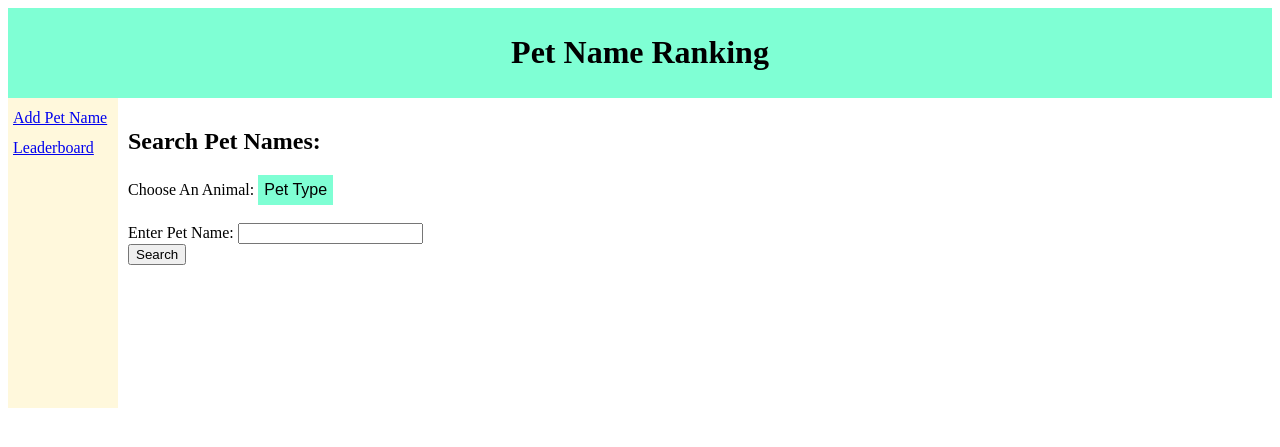
Repository: mutterbucket/TriplettTermProject4830
Page: workspaceCSCI4830-tech-excercise-Triplett/techExcerciseTriplett/WebContent/home_search.html
An editor plug-in stored every save of this project. The page is shown before and after the next save, followed by the edit.
The browser window is 1280 px wide. The pictures show the whole page.

Above is the page before, as saved 2020-02-21 22:43:01.

### workspaceCSCI4830-tech-excercise-Triplett/techExcerciseTriplett/WebContent/home_search.html
<!DOCTYPE html>
<html>
<head>
<meta charset="ISO-8859-1">
<style type="text/css">
header {
    background-color:aquamarine;
    color: black;
    text-align: center;
    padding: 5px;
}
nav {
    line-height:30px;
    background-color:cornsilk;
    height:300px;
    width:100px;
    float:left;
    padding:5px;
}
section {
    width:350px;
    float:left;
    padding:10px;
}
.dropbtn {
  background-color:aquamarine;
  color: black;
  padding: 6px;
  font-size: 16px;
  border: none;
}
.dropdown {
  position: relative;
  display: inline-block;
}
.dropdown-content {
  display: none;
  position: absolute;
  background-color:#f1f1f1;
  min-width: 160px;
  box-shadow: 0px 8px 16px 0px rgba(0,0,0,0.2);
  z-index: 1;
}
.dropdown-content a {
  color: black;
  padding: 12px 16px;
  text-decoration: none;
  display: block;
}
.dropdown:hover .dropdown-content {
  display: block;
}
.dropdown-content a:hover {
  background-color: #ddd;
}
footer {
    background-color:19FFBD;
    color:black;
    clear:both;
    text-align:center;
    padding:5px;
}
</style>
</head>
<body>
<header>
<h1>Pet Name Ranking</h1>
</header>

<nav>
<a href="/techExcerciseTriplett/add_name.html">Add Pet Name</a> <br>
<a href="/techExcerciseTriplett/leaderboard.html">Leaderboard</a> <br>
</nav>

<section>
	<h1>Search Pet Names:</h1>

	<form action="SearchNames" method="POST">
		Choose An Animal: <div class="dropdown">
        	<button class="dropbtn">Pet Type</button>
       		<div class="dropdown-content">
        	 	<a href="#">Cat</a>
         		<a href="#">Dog</a>
         		<a href="#">Bird</a>
       		</div>
    	</div>
    	<br><br>
		Enter Pet Name: <input type="text" name="keyword"> <br />

		<input type="submit" value="Search" />
	</form>

</section>
</body>
</html>

After the next save:
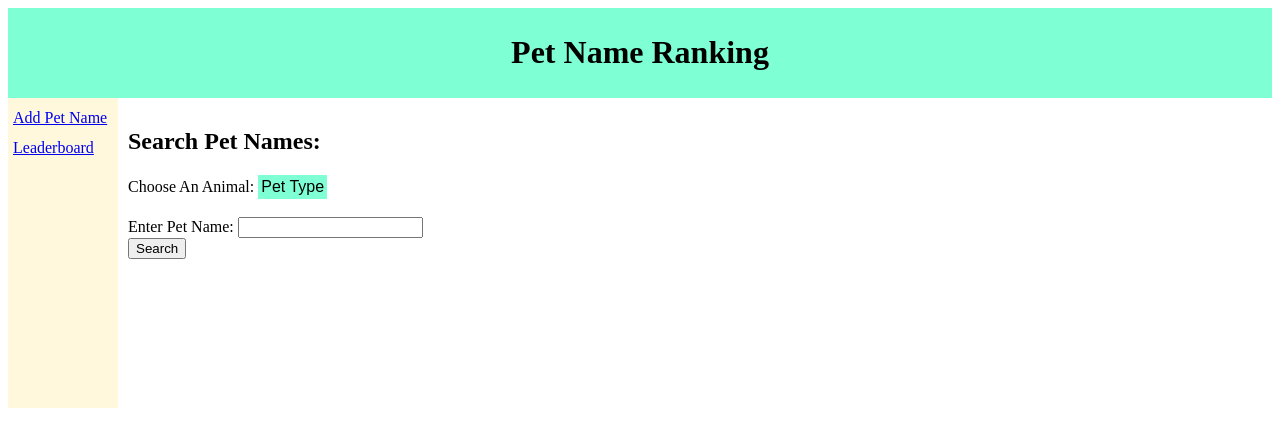
Saved 26 s later.
--- a/workspaceCSCI4830-tech-excercise-Triplett/techExcerciseTriplett/WebContent/home_search.html
+++ b/workspaceCSCI4830-tech-excercise-Triplett/techExcerciseTriplett/WebContent/home_search.html
@@ -25,7 +25,7 @@ section {
 .dropbtn {
   background-color:aquamarine;
   color: black;
-  padding: 6px;
+  padding: 3px;
   font-size: 16px;
   border: none;
 }
